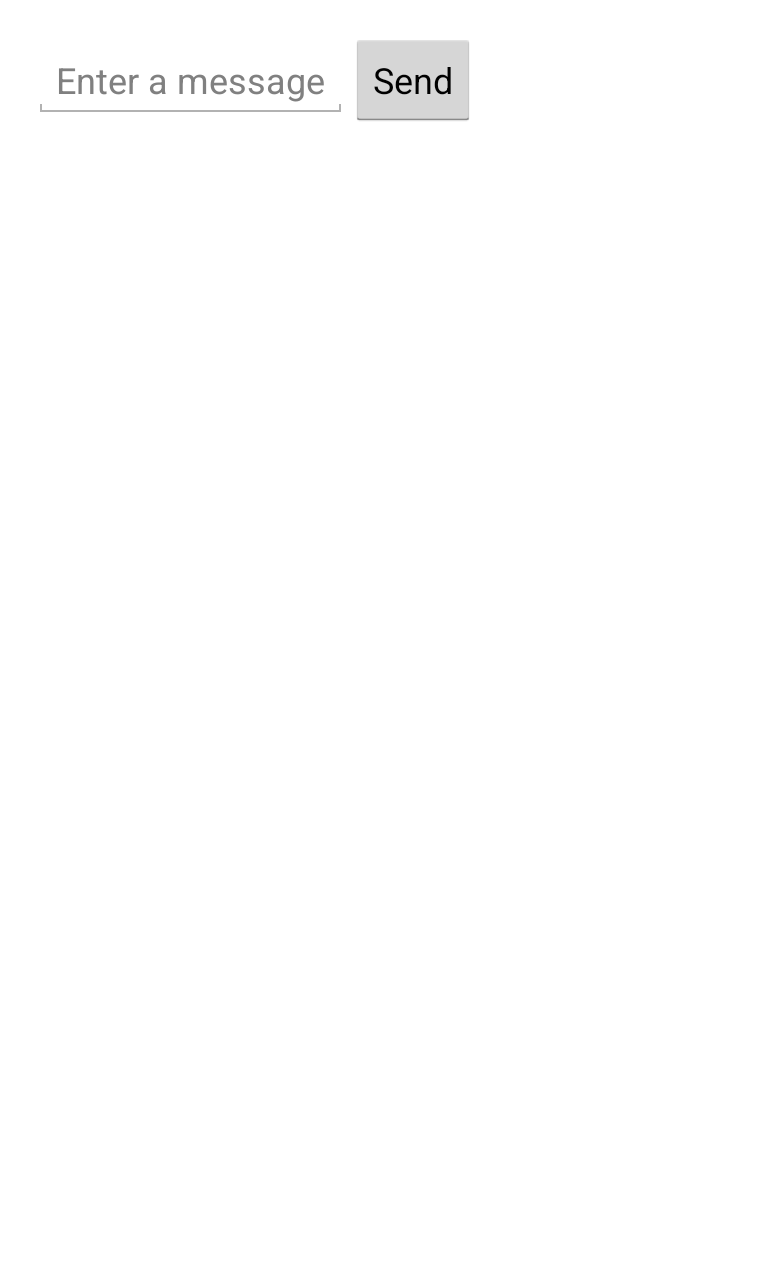
Repository: whysoseriousness/pouch
Layout: PouchApp/res/layout/activity_main.xml
An editor plug-in stored every save of this project. The layout is shown before and after the next save, followed by the edit.
It is drawn on a 768 x 1280 px phone screen (xhdpi) without system bars, with theme AppTheme; the app's code is not run.

Above is the layout before, as saved 2013-08-03 21:00:22.

After the next save:
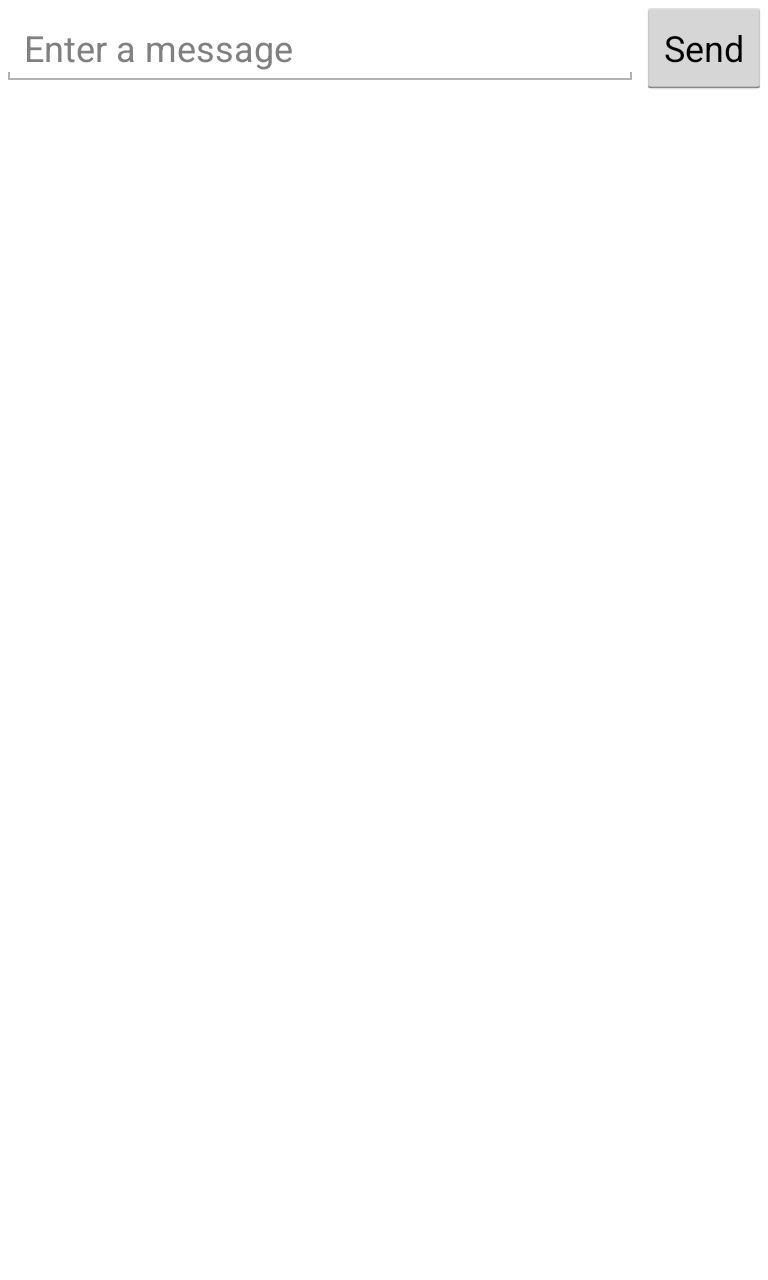
Saved 2 min 18 s later.
--- a/PouchApp/res/layout/activity_main.xml
+++ b/PouchApp/res/layout/activity_main.xml
@@ -1,22 +1,16 @@
-<LinearLayout
-    xmlns:android="http://schemas.android.com/apk/res/android"
+<?xml version="1.0" encoding="utf-8"?>
+<LinearLayout xmlns:android="http://schemas.android.com/apk/res/android"
     xmlns:tools="http://schemas.android.com/tools"
     android:layout_width="match_parent"
     android:layout_height="match_parent"
-    android:paddingBottom="@dimen/activity_vertical_margin"
-    android:paddingLeft="@dimen/activity_horizontal_margin"
-    android:paddingRight="@dimen/activity_horizontal_margin"
-    android:paddingTop="@dimen/activity_vertical_margin"
-    tools:context=".MainActivity" >
-
-	<EditText
-	    android:id="@+id/edit_message"
-	    android:layout_width="wrap_content"
-	     android:layout_height="wrap_content"
-	     android:hint="@string/edit_message" />
-	<Button
+    android:orientation="horizontal">
+    <EditText android:id="@+id/edit_message"
+        android:layout_weight="1"
+        android:layout_width="0dp"
+        android:layout_height="wrap_content"
+        android:hint="@string/edit_message" />
+    <Button
         android:layout_width="wrap_content"
         android:layout_height="wrap_content"
         android:text="@string/button_send" />
-
 </LinearLayout>
